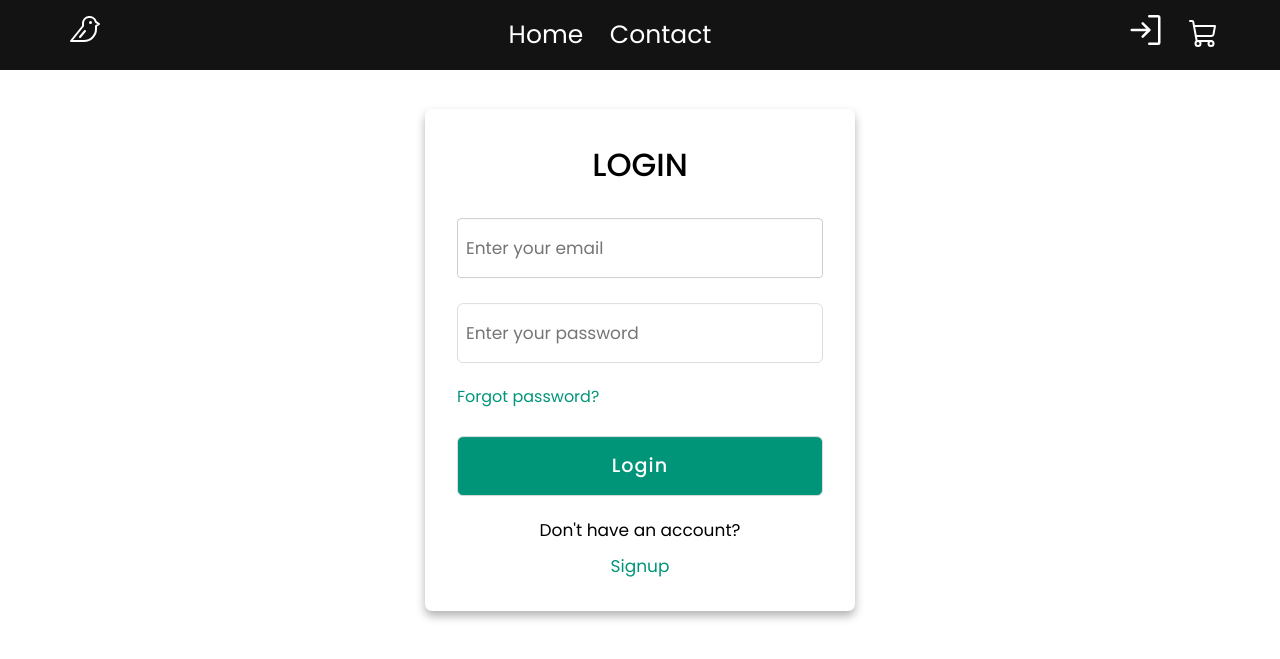
Repository: hoangdanh2/swp301
Page: /register
An editor plug-in stored every save of this project. The page is shown before and after the next save, followed by the edit.
The browser window is 1280 px wide. The pictures show the whole page.
The project was rebuilt for these pictures with package versions that can differ from the ones it lists, and the page was loaded fresh each time. Also part of the build but not shown: src/pages/shop/product.jsx, src/pages/shop/shop.css, src/pages/shop/shop.jsx, src/pages/contact/contact.jsx, src/pages/cart/cart-item.jsx, src/pages/cart/cart.css, src/pages/cart/cart.jsx.

Above is the page before, as saved 2023-05-29 10:27:37.

### src/App.js
import './App.css';
import { BrowserRouter as Router, Routes, Route } from "react-router-dom";
import { Navbar } from "./components/navbar";
import { Register } from "./pages/register/register";
import { Shop } from "./pages/shop/shop";
import { Contact } from "./pages/contact/contact";
import { Cart } from "./pages/cart/cart";
import { ShopContextProvider } from './context/shop-context';


function App() {
  return (
    <div className = "App">
      <ShopContextProvider>
        <Router>
          <Navbar />
          <Routes>
            <Route path = "/register" element = {<Register />} />
            <Route path = "/" element = {<Shop />} />
            <Route path = "/contact" element = {<Contact />} />
            <Route path = "/cart" element = {<Cart />} />
          </Routes>
        </Router>
      </ShopContextProvider>
    </div>
  );
}

export default App;

### src/App.css
.App {
  width: 100%;
  height: auto;
  min-height: 100vh;
  font-family: 'Segoe UI', Tahoma, Geneva, Verdana, sans-serif;
}

body {
  padding: 0;
  margin: 0;
}

### src/components/navbar.jsx
import React from "react";
import { Link } from "react-router-dom";
import { ShoppingCart, Bird, SignIn } from "phosphor-react";
import "./navbar.css";

export const Navbar = () => {
  return (
    <div className="navbar">
      <div className="links">
        <div className="icon">
          <Link to="/">
            <Bird size={32} />
          </Link>
        </div>
        <div className="middle">
          <Link to="/"> Home </Link>
          <Link to="/contact"> Contact</Link>
        </div>
        <div className="end">
            <Link to="/register">
                <SignIn size={40}/>
            </Link>
          <Link to="/cart">
            <ShoppingCart size={32} />
          </Link>
        </div>
      </div>
    </div>
  );
};

### src/pages/register/register.jsx
import React from "react";
import "./register.css";

export const Register = () => {
  return (
    <div className="container">
    <input type="checkbox" id="check"></input>
    <div className="login form">
      <header>LOGIN</header>
      <form action="#">
        <input type="text" placeholder="Enter your email"></input>
        <input type="password" placeholder="Enter your password"></input>
        <a href="#">Forgot password?</a>
        <input type="button" className="button" value="Login"></input>
      </form>
      <div className="signup">
        <span className="signup">Don't have an account?
         <label for="check">Signup</label>
        </span>
      </div>
    </div>
    <div className="registration form">
      <header>SIGNUP</header>
      <form action="#">
        <input type="text" placeholder="Enter your email"></input>
        <input type="password" placeholder="Create a password"></input>
        <input type="password" placeholder="Confirm your password"></input>
        <input type="button" className="button" value="Signup"></input>
      </form>
      <div className="signup">
        <span className="signup">Already have an account?
         <label for="check">Login</label>
        </span>
      </div>
    </div>
  </div>
  );
};

### src/context/shop-context.jsx
import { createContext, useEffect, useState } from "react";
import { PRODUCTS } from "../products";

export const ShopContext = createContext(null);

const getDefaultCart = () => {
    let cart = {};
    for (let i = 1; i < PRODUCTS.length + 1; i++) {
        cart[i] = 0;
    }
    return cart;
}

export const ShopContextProvider = (props) => {
    const [cartItems, setCartItems] = useState(getDefaultCart());

    const getTotalCartAmount = () => {
        let totalAmount = 0;
        for (const item in cartItems) {
            if (cartItems[item] > 0) {
                let itemInfo = PRODUCTS.find((product) => product.id === Number(item));
                totalAmount += cartItems[item] *itemInfo.price;
            }
        }
        return totalAmount;
    };

    const addToCart = (itemId) => {
        setCartItems((prev) => ({ ...prev, [itemId]: prev[itemId] + 1}));
    };

    const removeFromCart = (itemId) => {
        setCartItems((prev) => ({ ...prev, [itemId]: prev[itemId] - 1}));
    };

    const updateCartItemCount = (newAmount, itemId) => {
        setCartItems((prev) => ({ ...prev, [itemId]: newAmount }));
    };

    const checkout = () => {
        setCartItems(getDefaultCart());
    };

    const contextValue = {
        cartItems,
        addToCart,
        updateCartItemCount,
        removeFromCart,
        getTotalCartAmount,
        checkout,
    };

    return (
        <ShopContext.Provider value={contextValue}>
            {props.children}
        </ShopContext.Provider>
    );
};

### src/components/navbar.css
.navbar {
    width: 100%;
    height: 70px;
    background-color: rgb(19, 19, 19);
    display: flex;
    justify-content: center;
    align-items: center;
}

.links {
    margin-right: 50px;
    display: flex;
    align-items: center;
    justify-content: space-between;
    width: 100%;
}

.icon {
    margin-left: 50px;
}

.end {
    padding: 0 10px;
}

.links a {
    text-decoration: none;
    color: white;
    margin-left: 20px;
    font-size: 25px;
}

### src/pages/register/register.css
/* Import Google font - Poppins */
@import url('https://fonts.googleapis.com/css2?family=Poppins:wght@200;300;400;500;600;700&display=swap');
*{
  margin: 0;
  padding: 0;
  box-sizing: border-box;
  font-family: 'Poppins', sans-serif;
}

.container{
  position: absolute;
  top: 50%;
  left: 50%;
  transform: translate(-50%,-50%);
  max-width: 430px;
  width: 100%;
  background: #fff;
  border-radius: 7px;
  box-shadow: 0 5px 10px rgba(0,0,0,0.3);
}

.container .registration{
  display: none;
}

#check:checked ~ .registration{
  display: block;
}

#check:checked ~ .login{
  display: none;
}

#check{
  display: none;
}

.container .form{
  padding: 2rem;
}

.form header{
  font-size: 2rem;
  font-weight: 500;
  text-align: center;
  margin-bottom: 1.5rem;
}

 .form input{
   height: 60px;
   width: 100%;
   padding: 0 8px;
   font-size: 17px;
   margin-top: 15px;
   margin-bottom: 1.3rem;
   border: 1px solid #ddd;
   border-radius: 6px;
   outline: none;
 }

 .form input:focus{
   box-shadow: 0 1px 0 rgba(0,0,0,0.2);
 }

.form a{
  font-size: 16px;
  color: #009579;
  text-decoration: none;
}

.form a:hover{
  text-decoration: underline;
}

.form input.button{
  color: #fff;
  background: #009579;
  font-size: 1.2rem;
  font-weight: 500;
  letter-spacing: 1px;
  margin-top: 1.7rem;
  cursor: pointer;
  transition: 0.4s;
}

.form input.button:hover{
  background: #006653;
}

.signup{
  font-size: 17px;
  text-align: center;
}

.signup label{
  color: #009579;
  cursor: pointer;
}

.signup label:hover{
  text-decoration: underline;
}
input[type="text"],
input[type="email"],
input[type="message"],
textarea {
    width: 100%;
    padding: 8px;
    border: 1px solid #ccc;
    border-radius: 4px;
    box-sizing: border-box;
    margin-top: 5px;
    margin-bottom: 10px;
}

### src/products.js
import product1 from "./assets/products/1.png";
import product2 from "./assets/products/1.png";
import product3 from "./assets/products/1.png";
import product4 from "./assets/products/1.png";
import product5 from "./assets/products/1.png";
import product6 from "./assets/products/1.png";
import product7 from "./assets/products/1.png";
import product8 from "./assets/products/1.png";

export const PRODUCTS = [
  {
    id: 1,
    productName: "Bird Food",
    price: 999.0,
    productImage: product1,
  },
  {
    id: 2,
    productName: "Bird Food",
    price: 1999.0,
    productImage: product2,
  },
  {
    id: 3,
    productName: "Bird Food",
    price: 699.0,
    productImage: product3,
  },
  {
    id: 4,
    productName: "Bird Food",
    price: 228.0,
    productImage: product4,
  },
  {
    id: 5,
    productName: "Bird Food",
    price: 19.99,
    productImage: product5,
  },
  {
    id: 6,
    productName: "Bird Food",
    price: 68.0,
    productImage: product6,
  },
  {
    id: 7,
    productName: "Bird Food",
    price: 120.0,
    productImage: product7,
  },
  {
    id: 8,
    productName: "Bird Food",
    price: 40.0,
    productImage: product8,
  },
];

### src/pages/contact/contact.css
.contact{
    max-width: 400px;
    margin: 0 auto;
    padding: 20px;
}
.title-contact{
    text-align: center;
}
label{
    display: block;
    margin-top: 10px;
}
.form-contact{

    text-align: center;
}

input[type="text"],
input[type="email"],
input[type="message"],
textarea {
  width: 100%;
  padding: 8px;
  border: 1px solid #ccc;
  border-radius: 4px;
  box-sizing: border-box;
  margin-top: 5px;
  margin-bottom: 10px;
}

input[type="submit"] {
    background-color: #4CAF50;
    color: white;
    padding: 10px 15px;
    border: none;
    border-radius: 4px;
    cursor: pointer;
    font-size: 16px;
  }

  input[type="submit"]:hover {
    background-color: #45a049;
  }

  textarea {
    height: 100px;
  }

Loaded but not shown: public/index.html (common file); src/index.js (common file); src/index.css (common file); src/reportWebVitals.js (common file)

After the next save:
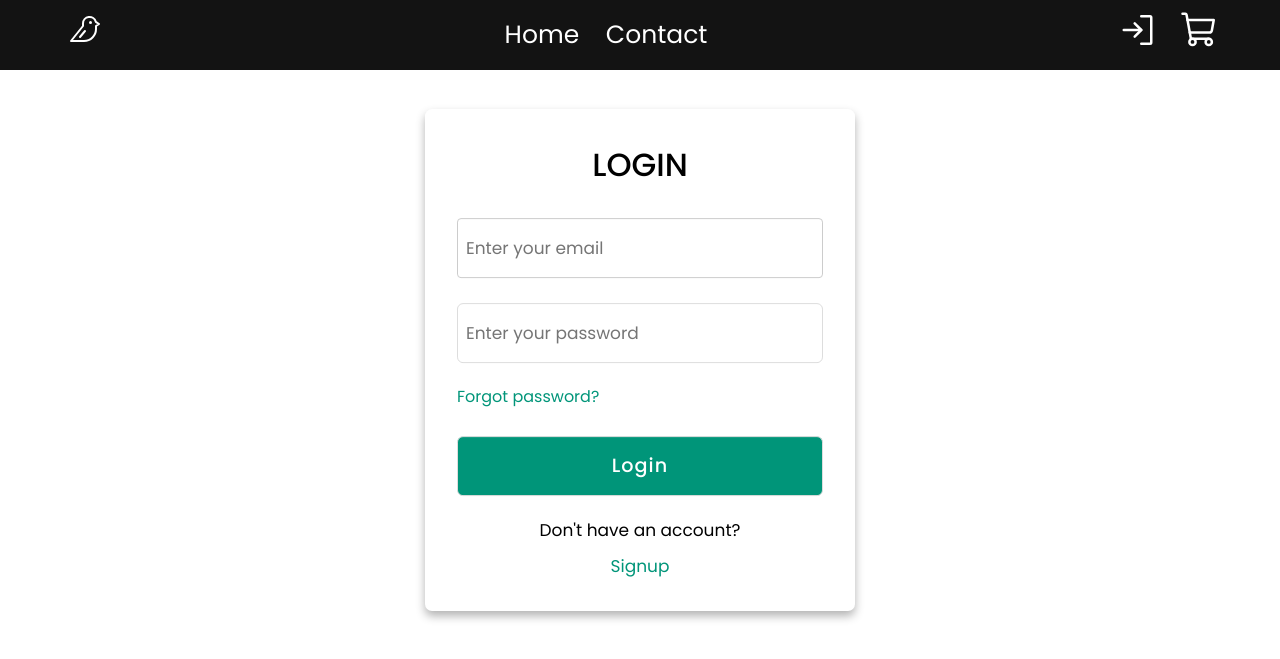
Saved 6 s later.
--- a/src/components/navbar.jsx
+++ b/src/components/navbar.jsx
@@ -21,7 +21,7 @@ export const Navbar = () => {
                 <SignIn size={40}/>
             </Link>
           <Link to="/cart">
-            <ShoppingCart size={32} />
+            <ShoppingCart size={40} />
           </Link>
         </div>
       </div>
